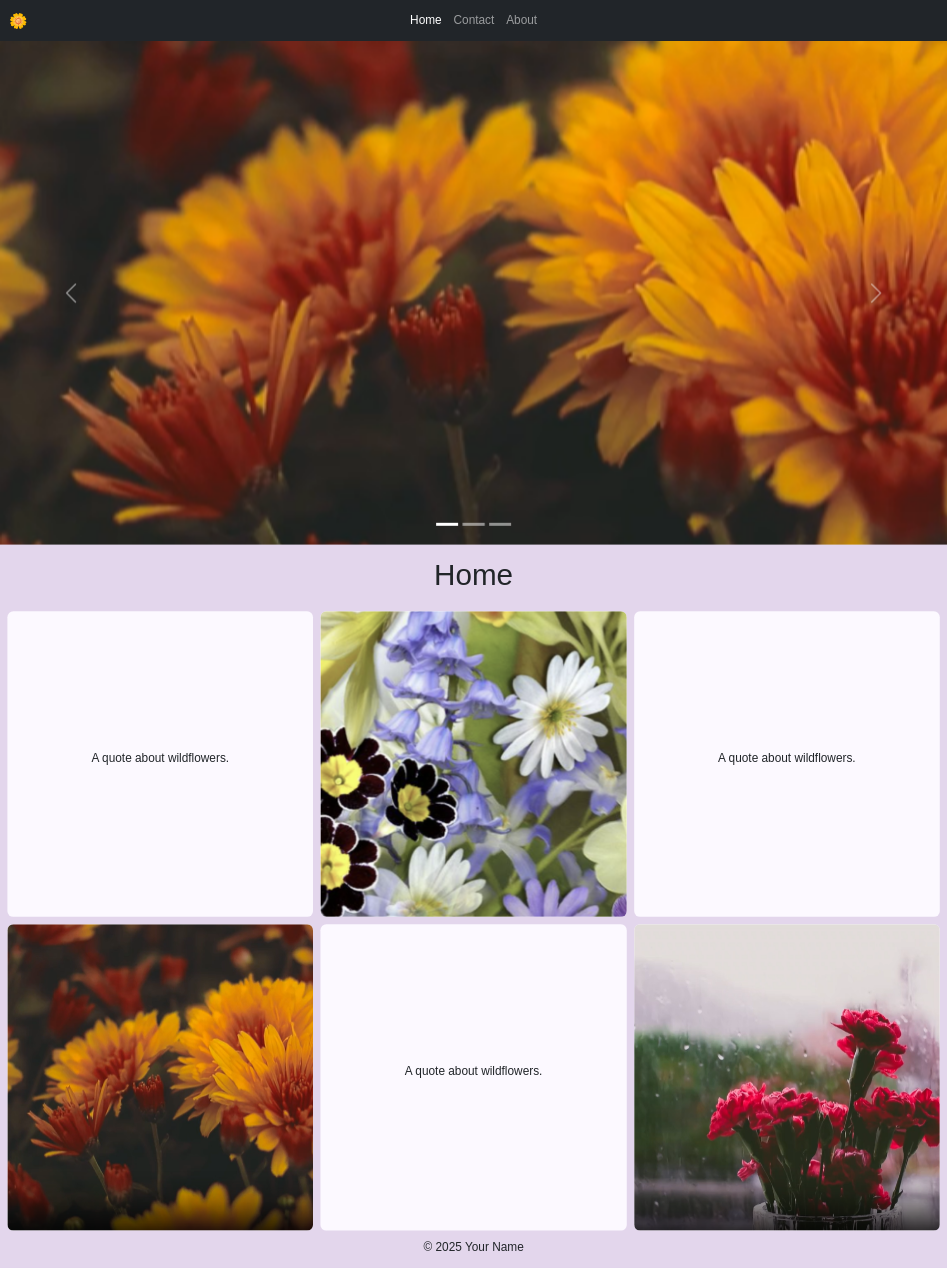
Repository: Brittany-Westlund/WebDesign
Page: FinalProject/index.html
The author's editor kept a copy of each file at every save. The page is drawn from the files as they stood at one save, then again after the next save.
The browser window is 1280 px wide. The pictures show the whole page, at 74% of full size.
Some web fonts or font styles are not loaded; a fallback is used.

Above is the page before, as saved 2025-06-16 20:07:11.

### FinalProject/index.html
<!DOCTYPE html>
<html lang="en">
  <head>
    <meta charset="UTF-8">
    <meta name="viewport" content="width=device-width, initial-scale=1.0">
    <meta name="description" content="A personal website designed to showcase work, ideas, and personality.">

    <title>The title of the browser tab</title>

    <link href="https://cdn.jsdelivr.net/npm/bootstrap@5.3.0/dist/css/bootstrap.min.css" rel="stylesheet">

    <link rel="preconnect" href="https://fonts.googleapis.com">
    <link rel="preconnect" href="https://fonts.gstatic.com" crossorigin>
    <link href="https://fonts.googleapis.com/css2?family=Delius&display=swap" rel="stylesheet">

    <link rel="stylesheet" href="style/style.css">

    <link rel="icon" type="image/x-icon" href="images/favicon.ico">
  </head>
  <body>

    <nav class="navbar navbar-expand-lg sticky-top bg-dark" data-bs-theme="dark">
    <div class="container-fluid">
      <a class="navbar-brand" href="#">🌼</a>
        <button class="navbar-toggler ms-auto" type="button" data-bs-toggle="collapse" data-bs-target="#navbarSupportedContent" aria-controls="navbarSupportedContent" aria-expanded="false" aria-label="Toggle navigation">
          <span class="navbar-toggler-icon"></span>
    </button>
    <div class="collapse navbar-collapse" id="navbarSupportedContent">
    <ul class="navbar-nav mx-auto mb-2 mb-lg-0 align-items-end">
      <li class="nav-item">
        <a class="nav-link active" aria-current="page" href="index.html">Home</a>
      </li>
      <li class="nav-item">
        <a class="nav-link" href="contact.html">Contact</a>
      </li>
      <li class="nav-item">
        <a class="nav-link" href="about.html">About</a>
      </li> <!-- I added this entire list item to Bootstrap's default code. Add more if needed! -->
    </ul>
    </div>
  </div>
  </nav>

   <!-- Here is my carousel section -->
  <div id="carouselExampleIndicators" class="carousel slide">
        <div class="carousel-indicators">
          <button type="button" data-bs-target="#carouselExampleIndicators" data-bs-slide-to="0" class="active" aria-current="true" aria-label="Slide 1"></button>
          <button type="button" data-bs-target="#carouselExampleIndicators" data-bs-slide-to="1" aria-label="Slide 2"></button>
          <button type="button" data-bs-target="#carouselExampleIndicators" data-bs-slide-to="2" aria-label="Slide 3"></button>
        </div>
        <div class="carousel-inner">
          <div class="carousel-item active">
            <img src="images/orange-flowers.png" class="d-block w-100" alt="Orange wildflowers">
          </div>
          <div class="carousel-item">
            <img src="images/red-flowers.png" class="d-block w-100" alt="A red flower in the rain.">
          </div>
          <div class="carousel-item">
            <img src="images/wildflowers-square.png" class="d-block w-100" alt="A closeup of wildflowers.">
          </div>
        </div>
        <button class="carousel-control-prev" type="button" data-bs-target="#carouselExampleIndicators" data-bs-slide="prev">
          <span class="carousel-control-prev-icon" aria-hidden="true"></span>
          <span class="visually-hidden">Previous</span>
        </button>
        <button class="carousel-control-next" type="button" data-bs-target="#carouselExampleIndicators" data-bs-slide="next">
          <span class="carousel-control-next-icon" aria-hidden="true"></span>
          <span class="visually-hidden">Next</span>
        </button>
      </div>

    <header>
      <h1>Home</h1>
    </header>
    <main>

    <!-- Here is my gallery section -->
    <div class="gallery">
      <div class="item"><p>A quote about wildflowers.</p></div>
      <div class="item"><img src="images/wildflowers-square.png" alt="A closeup of wildflowers"></div>
      <div class="item"><p>A quote about wildflowers.</p></div>
      <div class="item"><img src="images/orange-flowers.png" alt="A closeup of orange flowers"></div>
      <div class="item"><p>A quote about wildflowers.</p></div>
      <div class="item"><img src="images/red-flowers.png" alt="A closeup of red flowers"></p></div>
    </div>



    </main>
    <footer>
      <p>&copy; <span id="year"></span> Your Name</p>

      <script>
      document.getElementById("year").textContent = new Date().getFullYear();
      </script>
    </footer>
    <script src="https://cdn.jsdelivr.net/npm/bootstrap@5.3.0/dist/js/bootstrap.bundle.min.js"></script>
  </body>
</html>

### FinalProject/style/style.css
.delius-regular {
  font-family: "Delius", cursive;
  font-weight: 400;
  font-style: normal;
}

body {
  background-color: #e3d6ec;
  margin: 0;
  font-family: "Delius", sans-serif;
}

.navbar-brand {
  position: absolute;
  top: 8px;
}

.carousel-item img {
  max-height: 680px;
  object-fit: cover;
  width: 100%;
}

header {
  text-align: center;
  margin-top: 1rem;
  margin-bottom: 1rem;
}

.gallery {
  display: grid;
  grid-template-columns: repeat(auto-fit, minmax(400px, 1fr));
  gap: 10px;
  margin: auto;
  padding: 10px;
}

.item {
  background-color: #fcf9ff;
  border-radius: 8px;
  aspect-ratio: 1 / 1;
  display: flex;
  justify-content: center;
}

.item img {
  padding: 0;
  width: 100%;
  height: auto; /* maintains the image's aspect ratio */
  display: block; /* clears any space after the image */
  border-radius: 8px;

}

.item p {
  text-align: center;
  display: flex;
  align-items: center;
}

footer {
  text-align: center;
}









@media (max-width: 600px) {
  /* Styles for mobile screens */
}

@media (min-width: 600px) and (max-width: 1024px) {
  /* Styles for tablets */
}

After the next save:
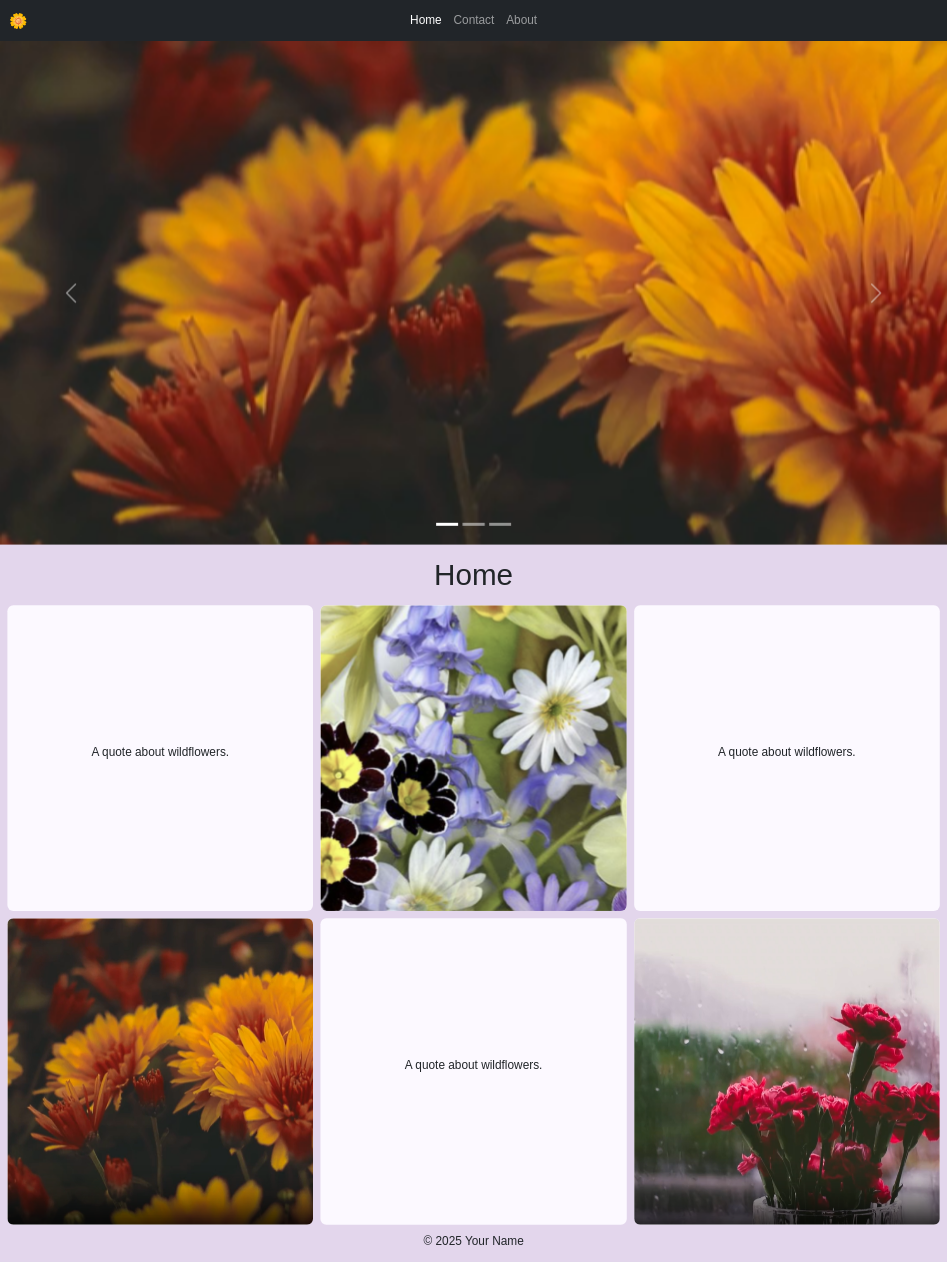
Saved 8 s later.
--- a/FinalProject/style/style.css
+++ b/FinalProject/style/style.css
@@ -24,7 +24,7 @@ body {
 header {
   text-align: center;
   margin-top: 1rem;
-  margin-bottom: 1rem;
+
 }
 
 .gallery {
